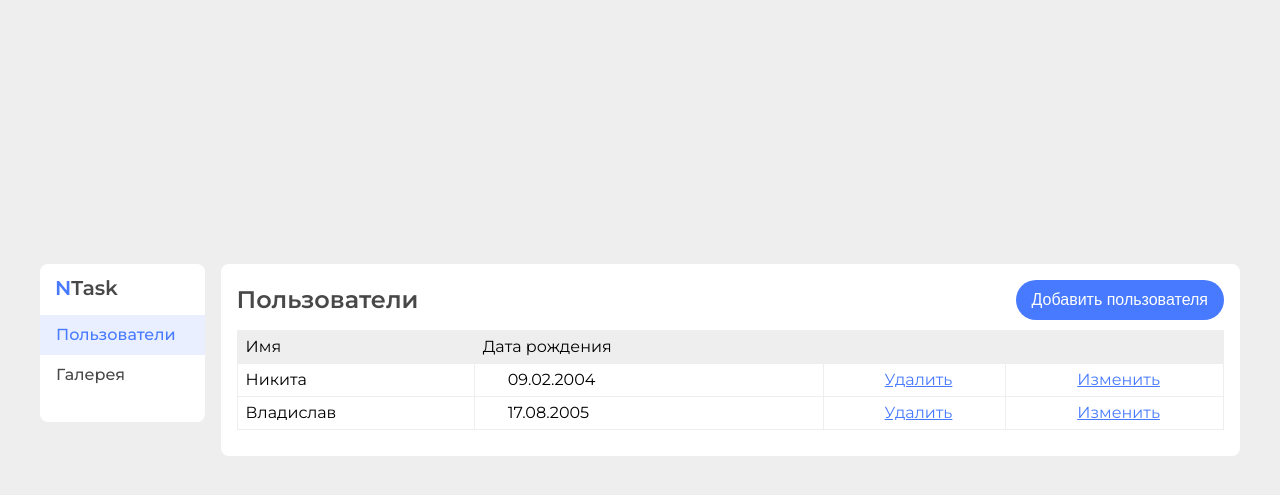
Repository: Grid-Master/NTask
Page: /gallery
The author's editor kept a copy of each file at every save. The page is drawn from the files as they stood at one save, then again after the next save.
The browser window is 1280 px wide. The pictures show the whole page.
The project was rebuilt for these pictures with package versions that can differ from the ones it lists, and the page was loaded fresh each time. Also part of the build but not shown: src/components/gallery/gallery.sass, src/components/gallery/Gallery.tsx, src/components/updateUser/updateUser.sass, src/components/updateUser/UpdateUser.tsx.

Above is the page before, as saved 2023-06-09 20:20:30.

### public/index.html
<!DOCTYPE html>
<html lang="en">
  <head>
    <meta charset="utf-8" />
    <link rel="icon" href="%PUBLIC_URL%/favicon.ico" />
    <meta name="viewport" content="width=device-width, initial-scale=1" />
    <meta name="theme-color" content="#000000" />
    <meta name="description" content="Web site created using create-react-app" />
    <link rel="apple-touch-icon" href="%PUBLIC_URL%/logo192.png" />
    <link rel="preconnect" href="https://fonts.googleapis.com" />
    <link rel="preconnect" href="https://fonts.gstatic.com" crossorigin />
    <link
      href="https://fonts.googleapis.com/css2?family=Montserrat:wght@300;400;500;600;700&display=swap"
      rel="stylesheet" />
    <link rel="manifest" href="%PUBLIC_URL%/manifest.json" />
    <title>React App</title>
  </head>
  <body>
    <noscript>You need to enable JavaScript to run this app.</noscript>
    <div id="root"></div>
  </body>
</html>

### src/index.tsx
import React from 'react';
import ReactDOM from 'react-dom/client';
import { Provider } from 'react-redux';
import './index.css';
import App from './App';
import { BrowserRouter } from 'react-router-dom';
import store from './store';

const root = ReactDOM.createRoot(document.getElementById('root') as HTMLElement);
root.render(
  <React.StrictMode>
    <BrowserRouter>
      <Provider store={store}>
        <App />
      </Provider>
    </BrowserRouter>
  </React.StrictMode>,
);

### src/index.css
html, body, div, span, applet, object, iframe,
h1, h2, h3, h4, h5, h6, p, blockquote, pre,
a, abbr, acronym, address, big, cite, code,
del, dfn, em, img, ins, kbd, q, s, samp,
small, strike, strong, sub, sup, tt, var,
b, u, i, center,
dl, dt, dd, ol, ul, li,
fieldset, form, label, legend,
table, caption, tbody, tfoot, thead, tr, th, td,
article, aside, canvas, details, embed,
figure, figcaption, footer, header, hgroup,
menu, nav, output, ruby, section, summary,
time, mark, audio, video {
	margin: 0;
	padding: 0;
	border: 0;
	font-size: 100%;
	font: inherit;
	vertical-align: baseline;
}
/* HTML5 display-role reset for older browsers */
article, aside, details, figcaption, figure,
footer, header, hgroup, menu, nav, section {
	display: block;
}
body {
	line-height: 1;
}
ol, ul {
	list-style: none;
}
blockquote, q {
	quotes: none;
}
blockquote:before, blockquote:after,
q:before, q:after {
	content: '';
	content: none;
}
table {
	border-collapse: collapse;
}
body {
  margin: 0;
  font-family: Montserrat;
  background: #EEEEEE;
;
}
input {
	font-family: Montserrat;
}

#root {
	display: flex;
	align-items: center;
	justify-content: center;
	height: 100vh;
}

code {
  font-family: source-code-pro, Menlo, Monaco, Consolas, 'Courier New',
    monospace;
}

### src/App.tsx
import './App.css';
import { FC, useEffect } from 'react';
import Navbar from './components/navabar/Navbar';
import UserList from './components/userList/UserList';
import { Routes, Route, useNavigate } from 'react-router-dom';
import Gallery from './components/gallery/Gallery';
import UpdateUser from './components/updateUser/UpdateUser';

const App: FC = () => {
  const navigate = useNavigate();
  useEffect(() => {
    navigate('/NTask/users');
  }, []);

  return (
    <div className="App">
      <Navbar />
      <Routes>
        <Route path="/NTask/users" element={<UserList />} />
        <Route path="/NTask/users/:id" element={<UpdateUser />} />
        <Route path="/NTask/gallery" element={<Gallery />} />
        <Route path="*" element={<h1>Error</h1>} />
      </Routes>
    </div>
  );
};

export default App;

### src/store/index.ts
import { configureStore } from '@reduxjs/toolkit';
import usersReducer from './usersSlice';
import galleryReducer from './gallerySlice';

const store = configureStore({
  reducer: { usersReducer, galleryReducer },
});

export default store;

export type RootState = ReturnType<typeof store.getState>;
export type AppDispatch = typeof store.dispatch;

### src/App.css
.App {

  width: 100%;
  display: flex;
  align-items:start;
  gap: 16px;
  max-width: 1200px;
  margin: 0 auto;
}

@media screen and (max-width: 1200px) {
  .App {
    flex-direction: column;
    max-width: 1000px;
  }
}
@media screen and (max-width: 1000px) {
  .App {
    max-width: 600px;
    padding: 16px;
  }
}
@media screen and (max-width: 600px) {
  .App {
    max-width: calc(320px - 32px);
  }
}

### src/components/navabar/Navbar.tsx
import { FC } from 'react';
import './navbar.sass';
import { useNavigate, useLocation } from 'react-router-dom';
const logo = require('../../images/logo.png');

const Navbar: FC = () => {
  const navigate = useNavigate();
  const { pathname } = useLocation();

  return (
    <div className="navbar">
      <div className="navbar__imagecontainer">
        <img src={logo} alt="logo" />
      </div>
      <div
        className={pathname.includes('/users') ? 'navbar__item navbar__active' : 'navbar__item'}
        onClick={() => navigate('/NTask/users')}>
        Пользователи
      </div>
      <div
        className={pathname.includes('/gallery') ? 'navbar__item navbar__active' : 'navbar__item'}
        onClick={() => navigate('/NTask/gallery')}>
        Галерея
      </div>
    </div>
  );
};

export default Navbar;

### src/components/userList/UserList.tsx
import React, { FC } from 'react';
import { useNavigate } from 'react-router-dom';
import './userList.sass';
import { useAppDispatch, useAppSelector } from '../../store/hooks';
import { removeUser } from '../../store/usersSlice';

const UserList: FC = () => {
  const navigate = useNavigate();
  const users = useAppSelector((state) => state.usersReducer.users);
  const dispatch = useAppDispatch();

  const updateHandler = (router: string) => {
    navigate(router);
    window.scrollTo(0, 0);
  };

  const deleteHandler = (id: number) => {
    dispatch(removeUser(id));
  };

  return (
    <div className="userList">
      <div className="userList__container">
        <h1 className="userList__title">Пользователи</h1>
        <button className="userList__addUserBtn" onClick={() => updateHandler('createuser')}>
          Добавить пользователя
        </button>
      </div>
      <div className="table__container">
        <table className="userList__table">
          <tr className="userList__table-info">
            <td>Имя</td>
            <td>Дата рождения</td>
            <td></td>
            <td></td>
          </tr>
          {users.map((user) => (
            <tr key={user.id}>
              <td>{user.name}</td>
              <td>
                &nbsp;&nbsp;&nbsp;&nbsp;&nbsp;&nbsp;{user.date}&nbsp;&nbsp;&nbsp;&nbsp;&nbsp;&nbsp;
              </td>
              <td className="userList__table-btn" onClick={() => deleteHandler(user.id)}>
                Удалить
              </td>
              <td className="userList__table-btn" onClick={() => updateHandler(`${user.id}`)}>
                Изменить
              </td>
            </tr>
          ))}
        </table>
      </div>
    </div>
  );
};

export default UserList;

### src/store/usersSlice.ts
import { createSlice, PayloadAction } from '@reduxjs/toolkit';
import { users } from '../data/users';

export interface IUser {
  id: number;
  name: string;
  date: string;
}

const usersSlice = createSlice({
  name: 'users',
  initialState: {
    users: [...users] as IUser[],
  },
  reducers: {
    addUser(state, action: PayloadAction<IUser>) {
      state.users.push(action.payload);
    },
    updateUser(state, action: PayloadAction<IUser>) {
      let updateUser = state.users.find((user) => user.id === action.payload.id);
      if (updateUser) {
        updateUser.name = action.payload.name;
        updateUser.date = action.payload.date;
      }
      state.users = state.users.map((user) => (user.id === updateUser?.id ? updateUser : user));
    },
    removeUser(state, action: PayloadAction<number>) {
      state.users = state.users.filter((user) => user.id !== action.payload);
    },
  },
});

export const { removeUser, updateUser, addUser } = usersSlice.actions;

export default usersSlice.reducer;

### src/store/gallerySlice.ts
import { createSlice, PayloadAction } from '@reduxjs/toolkit';

export interface IPhoto {
  id: number;
  isSelected: boolean;
  file: any;
}

const gallerySlice = createSlice({
  name: 'users',
  initialState: {
    photos: [] as IPhoto[],
  },
  reducers: {
    addPhoto(state, action: PayloadAction<IPhoto>) {
      state.photos.unshift(action.payload);
    },
    pickPhoto(state, action: PayloadAction<number>) {
      const pickedPhoto = state.photos.findIndex((photo) => photo.id === action.payload);
      console.log(pickedPhoto, 'picked');
      if (pickedPhoto !== -1) {
        state.photos[pickedPhoto] = {
          ...state.photos[pickedPhoto],
          isSelected: !state.photos[pickedPhoto].isSelected,
        };
      }
    },
    removePhotos(state) {
      state.photos = state.photos.filter((photo) => !photo.isSelected);
    },
  },
});

export const { addPhoto, pickPhoto, removePhotos } = gallerySlice.actions;

export default gallerySlice.reducer;

### src/components/navabar/navbar.sass
.navbar
    width: 200px
    height: 158px
    background: #FFFFFF
    border-radius: 8px
    &__imagecontainer
        padding: 16px 0
        margin-left: 16px
    &__item
        padding: 8px 16px
        cursor: pointer
        font-weight: 500
        font-size: 16px
        line-height: 150%
        color: #484848
        transition: .3s
        &:hover
            color: #477AFF

    &__active
        background: #E9EFFF
        color: #477AFF

@media screen and (max-width: 600px)
    .navbar
        width: 288px
        height: 158px

### src/components/userList/userList.sass
.userList
    width: 100%
    background: #FFFFFF
    border-radius: 8px
    padding: 16px
    >div
        display: flex
        align-items: center
        justify-content: space-between
        margin-bottom: 10px
    &__title
        font-weight: 600
        font-size: 24px
        line-height: 150%
        color: #484848
    &__addUserBtn
        font-weight: 500
        font-size: 16px
        line-height: 100%
        color: #FFFFFF
        background: #477AFF
        border-radius: 20px
        padding: 12px 16px
        border: none
        outline: none
        cursor: pointer
        transition: .3s
        &:hover
            opacity: .8
    .table__container
     //   width: 100%
        display: block
        border-radius: 8px
    &__table
        width: 100%
        td
            border: 1px solid #EEEEEE
            // width: 238px
            text-align: start
            padding: 8px 0
            padding-left: 8px
        &-btn
            cursor: pointer
            text-decoration-line: underline
            color: #477AFF
            transition: .2s
            text-align: center !important
            &:hover
                opacity: .8
        tr td:nth-child(2)
            height: 10px
        // tr:first-child td:first-child
        //     border-radius: 8px 0 0 0
        // tr:first-child td:last-child
        //     border-radius: 0 8px 0 0
        // tr:last-child td:first-child
        //     border-radius: 0 0 8px 0
        // tr:last-child td:last-child
        //     border-radius: 0 0 0 8px //??
        &-info
            background-color: #EEEEEE
            border-radius: 8px !important

@media screen and (max-width: 1200px)
    .userList
        width: calc( 100% - 32px )
@media screen and (max-width: 600px)
    .userList
        &__table
            display: block
            overflow-x: scroll
            &::-webkit-scrollbar
                // width: 4px
                scroll-margin-top: 5px
                height: 4px
                border: 1px solid #d5d5d5
            &::-webkit-scrollbar-track
                border-radius: 0
                background: #eeeeee
            &::-webkit-scrollbar-thumb
                border-radius: 0
                background: #b0b0b0
                cursor: pointer
        >div
            flex-direction: column
            align-items: start
        &__title
            margin-bottom: 10px

### src/store/hooks.ts
import { useDispatch, useSelector, TypedUseSelectorHook } from 'react-redux';
import type { RootState, AppDispatch } from '../store';

export const useAppDispatch = () => useDispatch<AppDispatch>();
export const useAppSelector: TypedUseSelectorHook<RootState> = useSelector;

### src/data/users.ts
import { IUser } from '../store/usersSlice';

export const users: IUser[] = [
  {
    id: 1,
    name: 'Никита',
    date: '09.02.2004',
  },
  {
    id: 2,
    name: 'Владислав',
    date: '17.08.2005',
  },
];

After the next save:
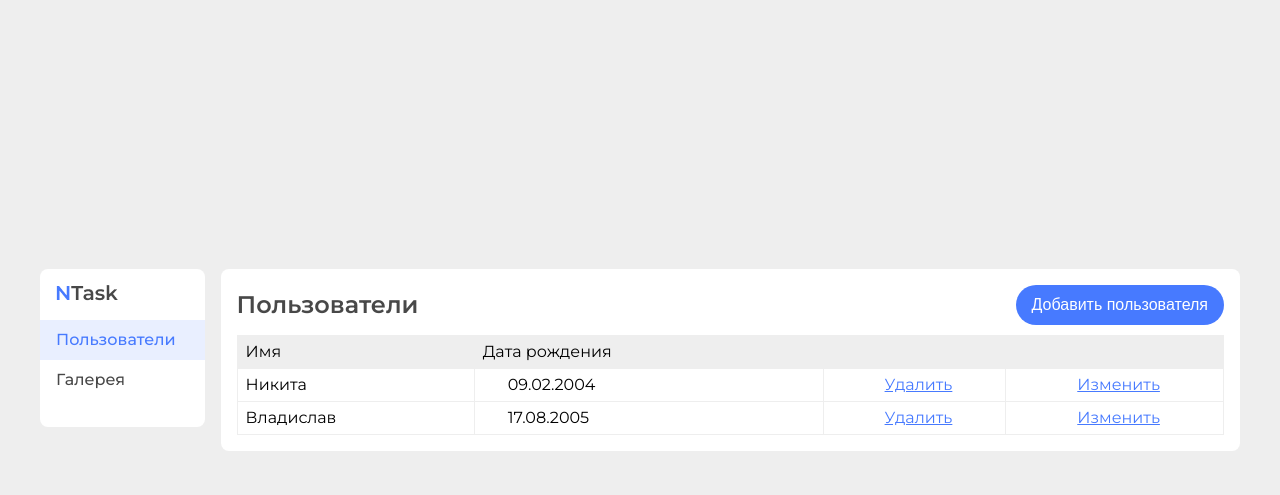
Saved 8 s later.
--- a/src/components/userList/userList.sass
+++ b/src/components/userList/userList.sass
@@ -3,7 +3,7 @@
     background: #FFFFFF
     border-radius: 8px
     padding: 16px
-    >div
+    &__container
         display: flex
         align-items: center
         justify-content: space-between
